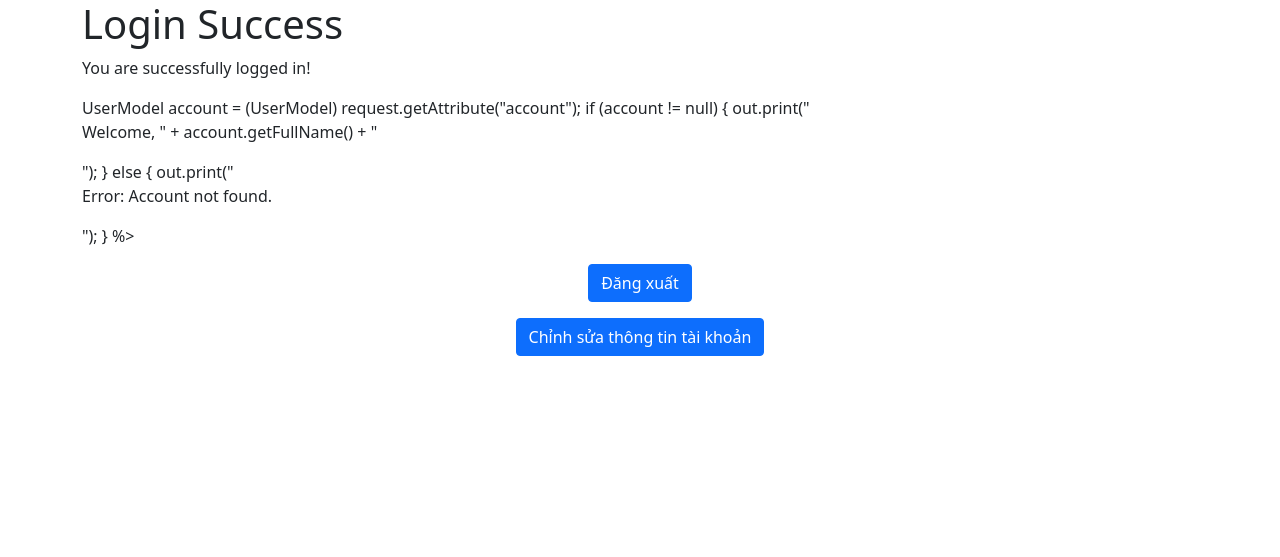
Repository: Carwyn1101/NguyenDinhHongPhuc_22133041
Page: http://localhost/LapTrinhWeb/views/login_success.jsp
The author's editor kept a copy of each file at every save. The page is drawn from the files as they stood at one save, then again after the next save.
The browser window is 1280 px wide. The pictures show the whole page.
The page is served by Tomcat 10. Nobody is signed in. The application's start-up code is not run. Other server files are loaded and not shown. The template is opened directly, without the code that normally fills it, so the values that code supplies are empty.

Above is the page before, as saved 2024-09-23 05:31:45.

### LapTrinhWeb/src/main/webapp/views/login_success.jsp
<%@page import="LapTrinhWeb_Cha.models.UserModel"%>
<%@page import="LapTrinhWeb_Cha.controllers.WaitingController"%>
<%@ page language="java" contentType="text/html; charset=UTF-8"
	pageEncoding="UTF-8"%>
<html>
<meta http-equiv="Content-Type" content="text/html; charset=UTF-8">
<link
	href="https://cdn.jsdelivr.net/npm/bootstrap@5.0.2/dist/css/bootstrap.min.css"
	rel="stylesheet">
<title>Login Success</title>
<div class="container">
	<h1>Login Success</h1>
	<p>You are successfully logged in!</p>
	UserModel account = (UserModel) request.getAttribute("account"); if
	(account != null) { out.print("
	<p>Welcome, " + account.getFullName() + "</p>
	"); } else { out.print("
	<p>Error: Account not found.</p>
	"); } %>
</div>
<body>

	<div class="form-group mt-3" align="center">
		<button type="button" class="btn btn-primary"
			onclick="window.location.href='${pageContext.request.contextPath}/logout'">Đăng
			xuất</button>
	</div>
	<div class="form-group mt-3" align="center">
		<button type="button" class="btn btn-primary"
			onclick="window.location.href='${pageContext.request.contextPath}/profile'">Chỉnh
			sửa thông tin tài khoản</button>
	</div>



</body>






</html>

After the next save:
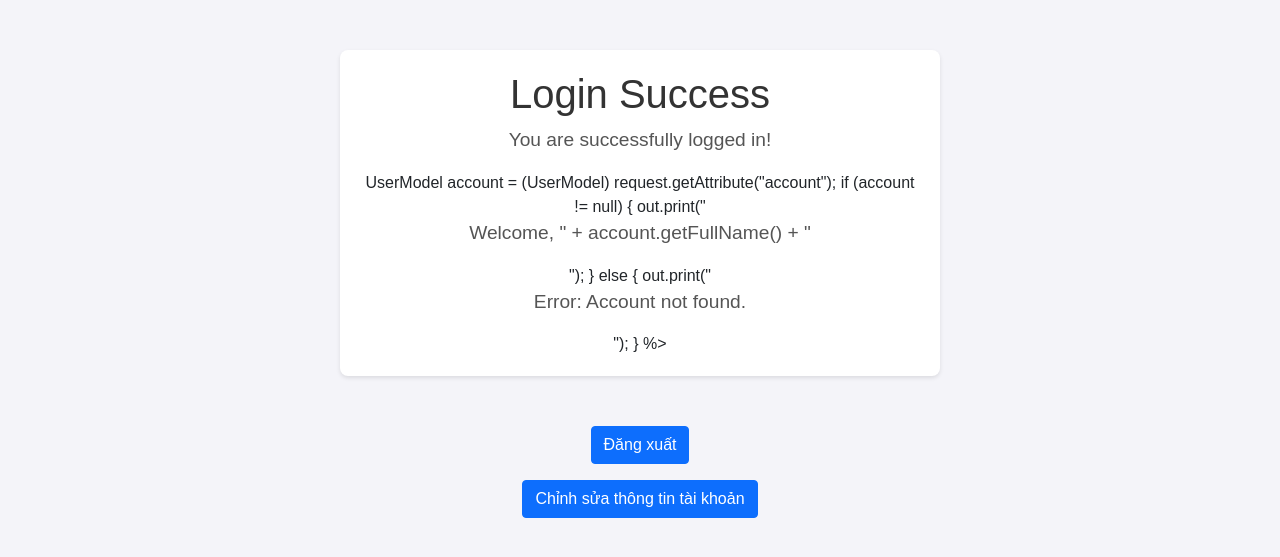
Saved 12 min 0 s later.
--- a/LapTrinhWeb/src/main/webapp/views/login_success.jsp
+++ b/LapTrinhWeb/src/main/webapp/views/login_success.jsp
@@ -3,11 +3,40 @@
 <%@ page language="java" contentType="text/html; charset=UTF-8"
 	pageEncoding="UTF-8"%>
 <html>
+<head>
 <meta http-equiv="Content-Type" content="text/html; charset=UTF-8">
 <link
 	href="https://cdn.jsdelivr.net/npm/bootstrap@5.0.2/dist/css/bootstrap.min.css"
 	rel="stylesheet">
 <title>Login Success</title>
+<style>
+body {
+	font-family: Arial, sans-serif;
+	background-color: #f4f4f9;
+	margin: 0;
+	padding: 0;
+	text-align: center;
+}
+
+.container {
+	max-width: 600px;
+	margin: 50px auto;
+	padding: 20px;
+	background: #fff;
+	border-radius: 8px;
+	box-shadow: 0 2px 4px rgba(0, 0, 0, 0.1);
+}
+
+h1 {
+	color: #333;
+}
+
+p {
+	font-size: 1.2em;
+	color: #555;
+}
+</style>
+</head>
 <div class="container">
 	<h1>Login Success</h1>
 	<p>You are successfully logged in!</p>
